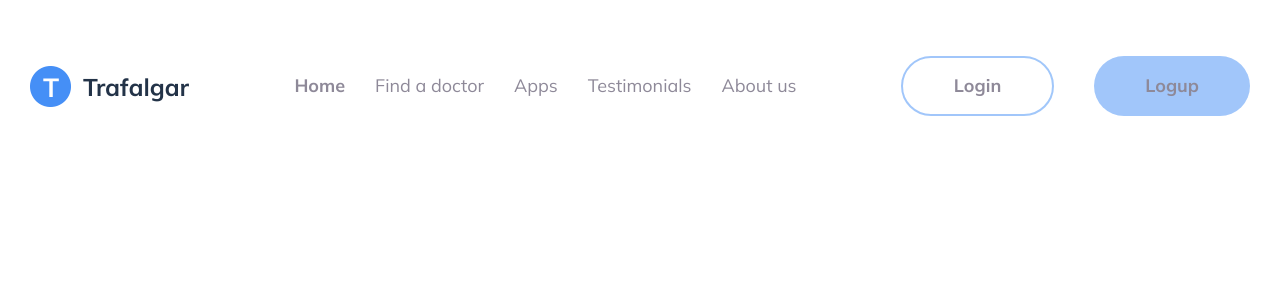
Repository: tungcutte35/Trafalgar
Page: index.html
These files come from the project's save history. The page is drawn as it stood at one moment and after the next save; the edit follows.
The browser window is 1280 px wide. The pictures show the whole page.
The style sheet was rebuilt from its Sass, Less or Tailwind sources for each picture, by a compiler version that may differ from the author's.

Above is the page before, as saved 2021-10-17 16:30:43.

After the next save:
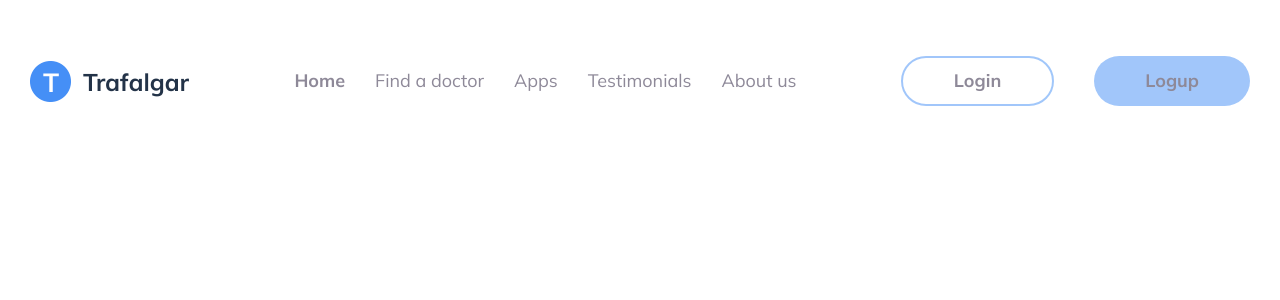
Saved 20 s later.
--- a/sass/_global.scss
+++ b/sass/_global.scss
@@ -22,7 +22,7 @@ ul {
   align-items: center;
   font-size: 18px;
   font-weight: 700;
-  height: 60px;
+  height: 50px;
   padding: 0 51px;
   border-radius: 55px;
   background-color: transparent;
